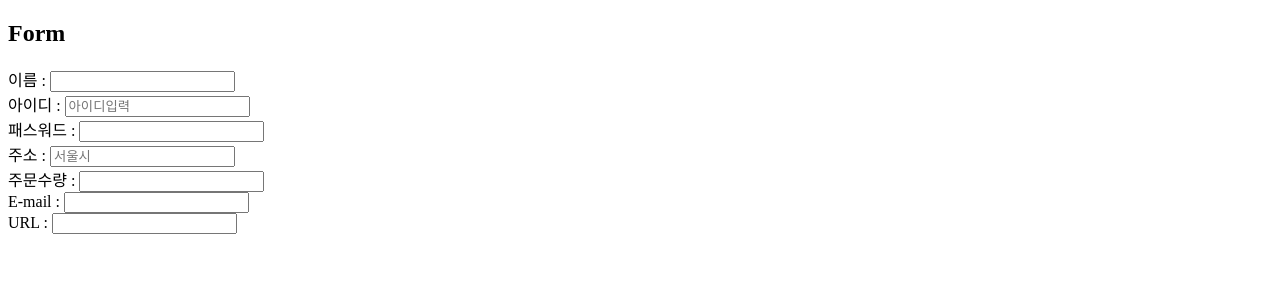
Repository: star-min/jsp_basic
Page: jsp1/web01/src/main/webapp/form.html
These files come from the project's save history. The page is drawn as it stood at one moment and after the next save; the edit follows.
The browser window is 1280 px wide. The pictures show the whole page.

Above is the page before, as saved 2022-04-22 05:12:13.

### jsp1/web01/src/main/webapp/form.html
<!DOCTYPE html>
<html>
<head>
<meta charset="UTF-8">
<title>From</title>
<style>

</style>
</head>
<body>
	<header>
		<h2>Form</h2>
	</header>
	<tbody>
		<div>
			<tr>
				<th>이름 : </th>
				<td>
					<input type="text" id="mname" name="mname" class="name">
					</br>
				</td>
			</tr>
			<tr>
				<th>아이디 : </th>
				<td>
					<input type="text" id="uid" name="uid" class="indata" placeholder="아이디입력" required>
					</br>
				</td>
			</tr>
			<tr>
				<th>패스워드 : </th>
				<td>
					<input type="password"  id="upw" name="upw" class="pw">
					</br>
				</td>
			</tr>
			<tr>
				<th>주소 : </th>
				<td>
					<input type="text" placeholder="서울시">
					</br>
				</td>
			</tr>
			<tr>
				<th>주문수량 : </th>
				<td>
					<input type="text" >
					</br>
				</td>
			</tr>
			<tr>
				<th>E-mail : </th>
				<td>
					<input type="text">
					</br>
				</td>
			</tr>
			<tr>
				<th>URL : </th>
				<td>
					<input type="text">
					</br>
				</td>
			</tr>
		</div>
	</tbody>
</body>
</html>

After the next save:
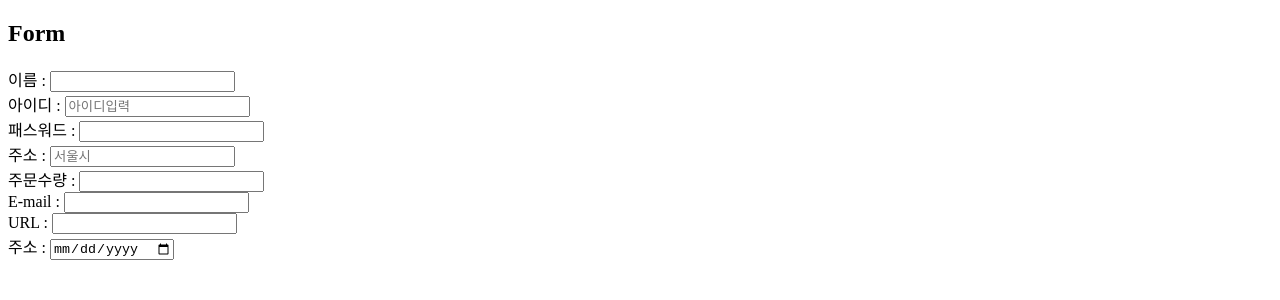
Saved 47 s later.
--- a/jsp1/web01/src/main/webapp/form.html
+++ b/jsp1/web01/src/main/webapp/form.html
@@ -62,6 +62,13 @@
 					</br>
 				</td>
 			</tr>
+			<tr>
+				<th>주소 : </th>
+				<td>
+					<input type="date">
+					</br>
+				</td>
+			</tr>
 		</div>
 	</tbody>
 </body>
